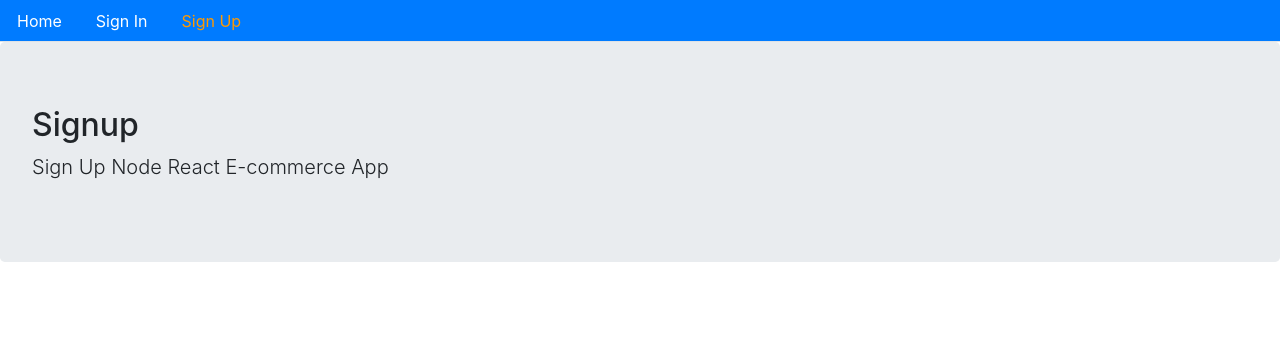
Repository: pragnyatata/Ecommerce
Page: /signup (app in ecommerce-front/)
These files come from the project's save history. The page is drawn as it stood at one moment and after the next save; the edit follows.
The browser window is 1280 px wide. The pictures show the whole page.
The project was rebuilt for these pictures with package versions that can differ from the ones it lists, and the page was loaded fresh each time. Also part of the build but not shown: ecommerce-front/src/App.js, ecommerce-front/src/user/Signin.js, ecommerce-front/src/core/Home.js.

Above is the page before, as saved 2020-01-18 21:16:23.

After the next save:
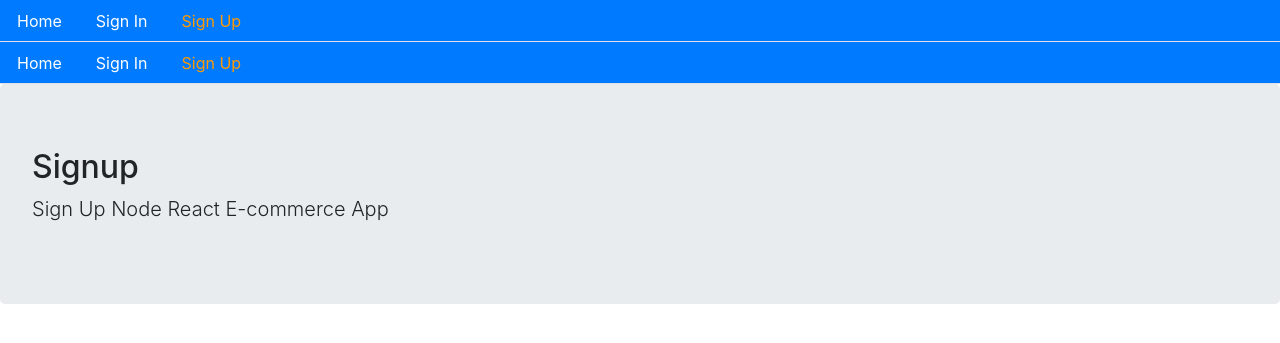
Saved 2 min 56 s later.
--- a/ecommerce-front/src/core/Layout.js
+++ b/ecommerce-front/src/core/Layout.js
@@ -1,4 +1,5 @@
 import React from "react";
+import Menu from "./Menu";
 const Layout = ({
   title = "Title",
   description = "Description",
@@ -6,6 +7,7 @@ const Layout = ({
   children
 }) => (
   <div>
+    <Menu />
     <div className="jumbotron">
       <h2>{title}</h2>
       <p className="lead">{description}</p>

After the save that followed:
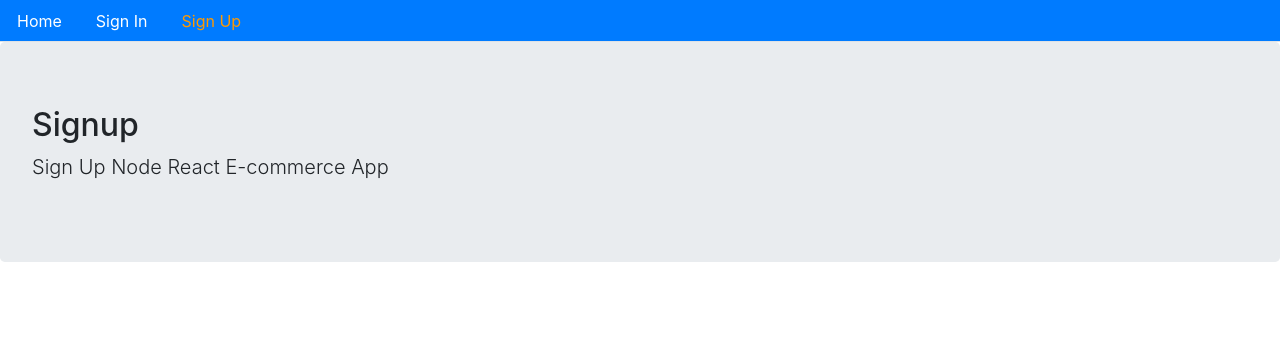
Saved 21 s later.
--- a/ecommerce-front/src/Routes.js
+++ b/ecommerce-front/src/Routes.js
@@ -3,11 +3,9 @@ import { BrowserRouter, Switch, Route } from "react-router-dom";
 import Signup from "./user/Signup";
 import Signin from "./user/Signin";
 import Home from "./core/Home";
-import Menu from "./core/Menu";
 const Routes = () => {
   return (
     <BrowserRouter>
-      <Menu />
       <Switch>
         <Route path="/" exact component={Home} />
         <Route path="/signin" exact component={Signin} />
